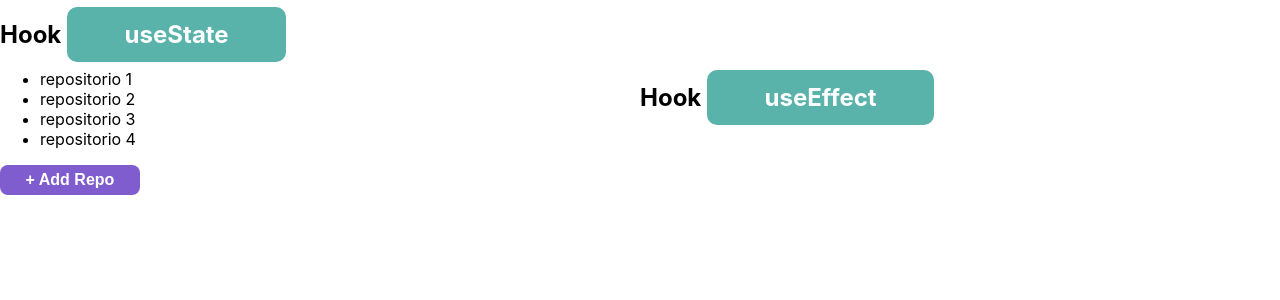
Repository: thiagolucio/react-hooks-use
Page: /
These files come from the project's save history. The page is drawn as it stood at one moment and after a run of saves; the edit follows.
The browser window is 1280 px wide. The pictures show the whole page.
The project was rebuilt for these pictures with package versions that can differ from the ones it lists, and the page was loaded fresh each time.

Above is the page before, as saved 2022-03-08 22:47:48.

### src/index.css
body {
  margin: 0;
  padding: 0;
  overflow-x: hidden;
  font-family: -apple-system, BlinkMacSystemFont, 'Segoe UI', 'Roboto', 'Oxygen',
    'Ubuntu', 'Cantarell', 'Fira Sans', 'Droid Sans', 'Helvetica Neue',
    sans-serif;
  -webkit-font-smoothing: antialiased;
  -moz-osx-font-smoothing: grayscale;
}

code {
  font-family: source-code-pro, Menlo, Monaco, Consolas, 'Courier New',
    monospace;
}

.container_column_center {
  display: flex;
  flex-direction: column;
  justify-content: flex-start;
  align-items: center;
}

.container_row_center {
  display: flex;
  flex-direction: row;
  justify-content: flex-start;
}


.font18px {font-size: 18px;}
.font20px {font-size: 20px;}
.font22px {font-size: 22px;}
.font24px {font-size: 24px;}

### src/App.js
import React from "react";
import './App.css';

import UseStateExample from "./Components/UseStateExample";
import UseEffectExample from "./Components/UseEffectExample";



function App() {
  return (
    <div className="container-row">
    <div className="cinquenta">
      <UseStateExample />
    </div>
    <div className="cinquenta">
      <UseEffectExample/>
    </div>
    </div>
  );
}

export default App;

### src/App.css
.container-column {
    display: flex;
    flex-direction: column;
    align-items: center;
    justify-content: center;
}

.container-row {
    display: flex;
    flex-direction: row;
    align-items: center;
    justify-content: center;
}

.cinquenta {
    width: 50%;
    height: auto;
    margin: auto;
}

### src/Components/UseStateExample.js
import React, { useState } from "react";
import "./UseStateExample.css";

function UseStateExample() {

  const [repositories, setRepositories] = useState([
    { id: 1, name: "repositorio 1" },
    { id: 2, name: "repositorio 2" },
    { id: 3, name: "repositorio 3" },
    { id: 4, name: "repositorio 4" },
  ]);

    function handleAddRepo() {

        let numName  = repositories.length + 1;

        setRepositories([...repositories, { id: Math.random(), name: "repositorio " + numName}]);
    }

  return (
    <div className="container">
      <h2>Hook <span className="badge-title">useState</span></h2>
      <ul>
        {repositories.map((repo) => (
          <li key={repo.id}>{repo.name}</li>
        ))}
      </ul>
      <button className="buttonApp" onClick={handleAddRepo}>+ Add Repo</button>
    </div>
  );
}

export default UseStateExample;

### src/Components/UseEffectExample.js
import React, { useState } from "react";
import "./UseStateExample.css";

function UseEffectExample() {

  const [repositories, setRepositories] = useState([]);

    function handleAddRepo() {

    }

  return (
    <div className="container">
      <h2>Hook <span className="badge-title">useEffect</span></h2>
      <ul>
        {repositories.map((repo) => (
          <li key={repo.id}>{repo.name}</li>
        ))}
      </ul>
    </div>
  );
}

export default UseEffectExample;

### src/Components/UseStateExample.css
.buttonApp {
    font-size: 16px;
    padding: 1% 4%;
    background-color: #7f5dce;
    border: 2px solid #7f5dce;
    color: #fff;
    font-weight: bold;
    border: none;
    border-radius: 8px;
    height: 30px;
}

.buttonApp:hover {
    background-color: white;
    border: 2px solid #7f5dce;
    color: #7f5dce;
    transition: all 0.2s ease-in;
    cursor: pointer;
}

.buttonApp:click {
    background-color: 45336e;
    border: 2px solid #45336e;
    color: #7f5dce;
    transition: all 0.2s ease-in;
    cursor: pointer;
}

.badge-title {
    font-size: 24px;
    padding: 2% 9%;
    background-color: #59b3ab;
    color: #fff;
    font-weight: bold;
    border: none;
    border-radius: 10px;
}

Loaded but not shown: public/index.html (common file); src/index.js (common file); src/reportWebVitals.js (common file)

After the next 2 saves:
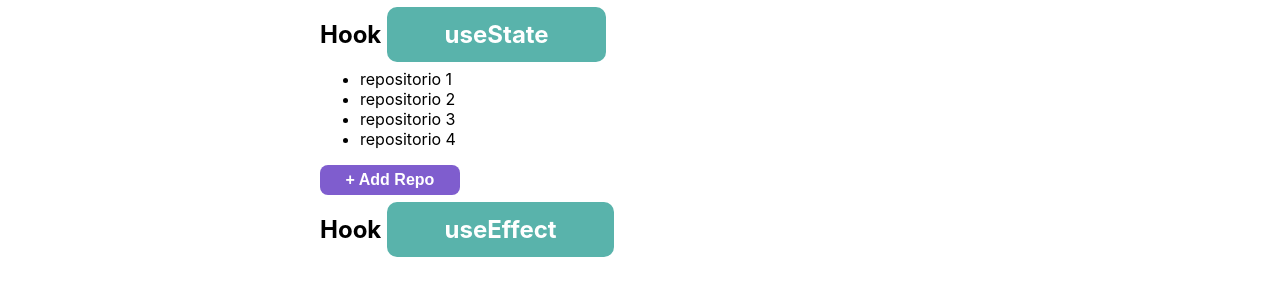
The 2 saves are shown as one change because they came seconds apart.
The last was saved 20 s later.
--- a/src/App.css
+++ b/src/App.css
@@ -1,13 +1,5 @@
 .container-column {
     display: flex;
-    flex-direction: column;
-    align-items: center;
-    justify-content: center;
-}
-
-.container-row {
-    display: flex;
-    flex-direction: row;
     align-items: center;
     justify-content: center;
 }
